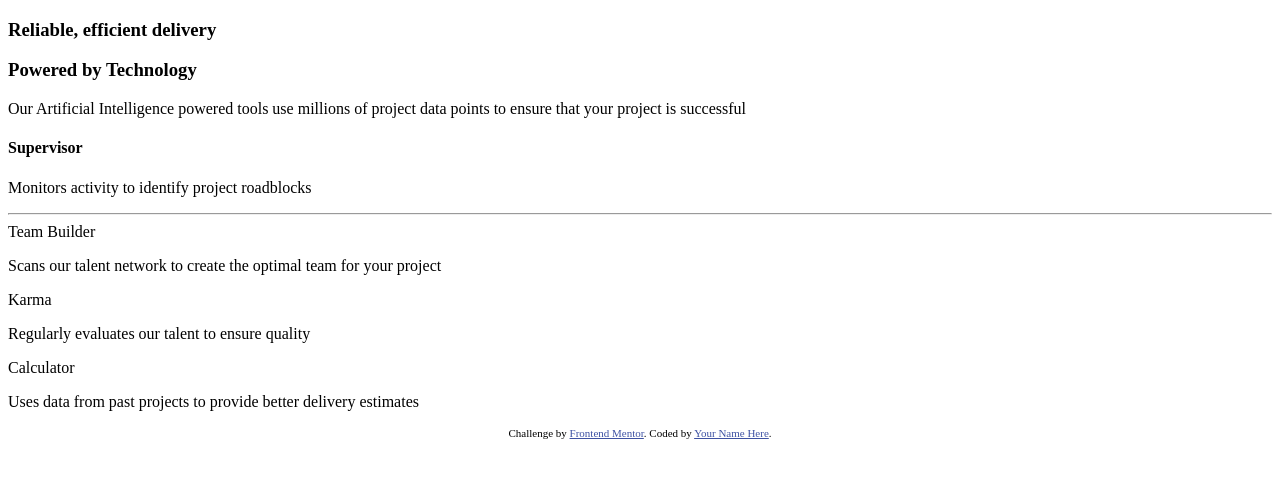
Repository: AngelaMwelu/four-card-page
Page: index.html
These files come from the project's save history. The page is drawn as it stood at one moment and after the next save; the edit follows.
The browser window is 1280 px wide. The pictures show the whole page.

Above is the page before, as saved 2025-05-14 10:07:02.

### index.html
<!DOCTYPE html>
<html lang="en">
<head>
  <meta charset="UTF-8">
  <meta name="viewport" content="width=device-width, initial-scale=1.0"> <!-- displays site properly based on user's device -->

  <link rel="icon" type="image/png" sizes="32x32" href="./images/favicon-32x32.png">

  <title>Frontend Mentor | Four card feature section</title>

  <!-- Feel free to remove these styles or customise in your own stylesheet 👍 -->
  <style>
    .attribution { font-size: 11px; text-align: center; }
    .attribution a { color: hsl(228, 45%, 44%); }
  </style>
</head>
<body>
  <div class="Card">
    <div class="about">
      <h3>Reliable, efficient delivery</h3>
      <h3>Powered by Technology</h3>

      <p>Our Artificial Intelligence powered tools use millions of project data points
       to ensure that your project is successful</p>
    </div>

    <div class="Supervisor">
      <h4>Supervisor</h4>
      <p>Monitors activity to identify project roadblocks</p>
    </div>
    <hr clas="br1">

    <div class="Team Builder">
      </h4>Team Builder</h4>
      </p>Scans our talent network to create the optimal team for your project</p>
    </div>

    <div class="Karma">
      </h4>Karma</h4>
      </p>Regularly evaluates our talent to ensure quality</p>
    </div>

    <div class="Calculator">
      </h4>Calculator</h4>
      </p>Uses data from past projects to provide better delivery estimates</p>
    </div>
  </div>

  <footer>
    <p class="attribution">
      Challenge by <a href="https://www.frontendmentor.io?ref=challenge" target="_blank">Frontend Mentor</a>.
      Coded by <a href="#">Your Name Here</a>.
    </p>
  </footer>
</body>
</html>

After the next save:
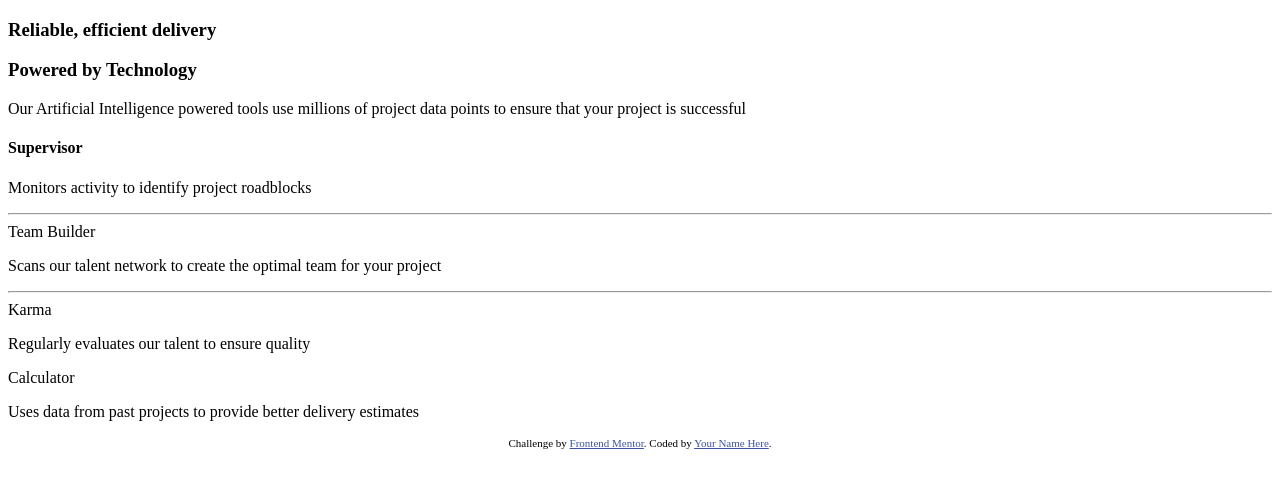
Saved 8 s later.
--- a/index.html
+++ b/index.html
@@ -34,6 +34,7 @@
       </h4>Team Builder</h4>
       </p>Scans our talent network to create the optimal team for your project</p>
     </div>
+       <hr clas="br1">
 
     <div class="Karma">
       </h4>Karma</h4>
